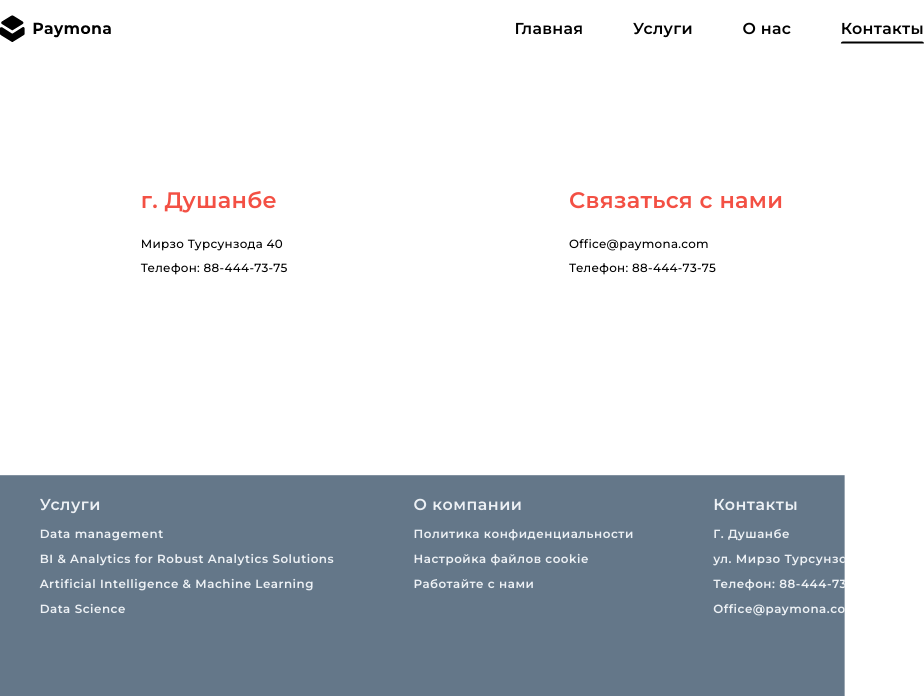
Repository: DalerAlyamov/paymona
Page: /contacts
These files come from the project's save history. The page is drawn as it stood at one moment and after a run of saves; the edit follows.
The browser window is 1280 px wide. The page is 1400 px wide, so the pictures cover 1400 px, including what lies to the right of the window. The pictures show the whole page, at 66% of full size.
The project was rebuilt for these pictures with package versions that can differ from the ones it lists, and the page was loaded fresh each time. Also part of the build but not shown: src/icons/Home.js, src/icons/HeadsetMic.js, src/icons/Person.js, src/icons/Work.js, src/icons/ExpandMore.js, src/icons/ArrowForwardIos.js, src/icons/Search.js, src/icons/FilterList.js and 19 more.

Above is the page before, as saved 2021-09-13 13:07:33.

After the next 6 saves:
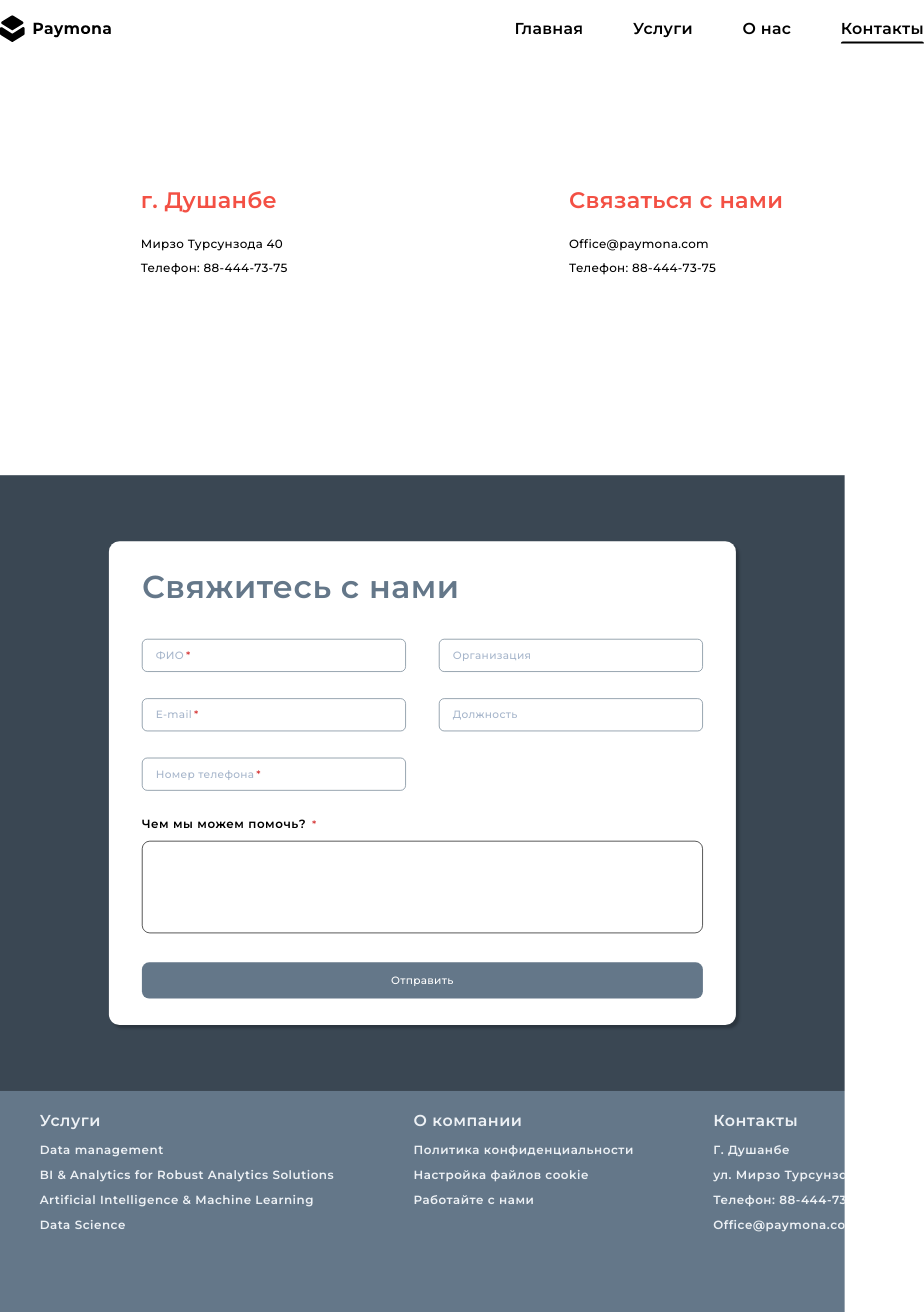
The 6 saves are shown as one change because 3 did not build or start and some came seconds apart.
The last was saved 7 min 26 s later.
--- a/src/pages/ContactPage.js
+++ b/src/pages/ContactPage.js
@@ -1,10 +1,14 @@
 import React from 'react'
 import Contact from '../components/Contact/Contact'
+import Login from '../components/Login/Login'
 
 const ContactPage = () => {
   return (
     <div>
       <Contact/>
+
+      <Login isDark />
+
     </div>
   )
 }
